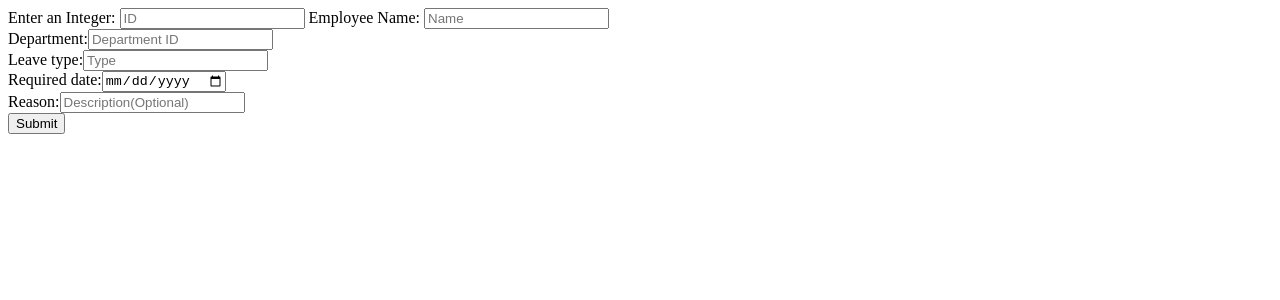
Repository: sakuuLay/StaffManagementSys
Page: http://localhost/test/LeaveRequest.jsp
These files come from the project's save history. The page is drawn as it stood at one moment and after the next save; the edit follows.
The browser window is 1280 px wide. The pictures show the whole page.
The page is served by Tomcat 9.

Above is the page before, as saved 2024-10-20 05:46:27.
Console error: SyntaxError: Unexpected token ')'

After the next save:
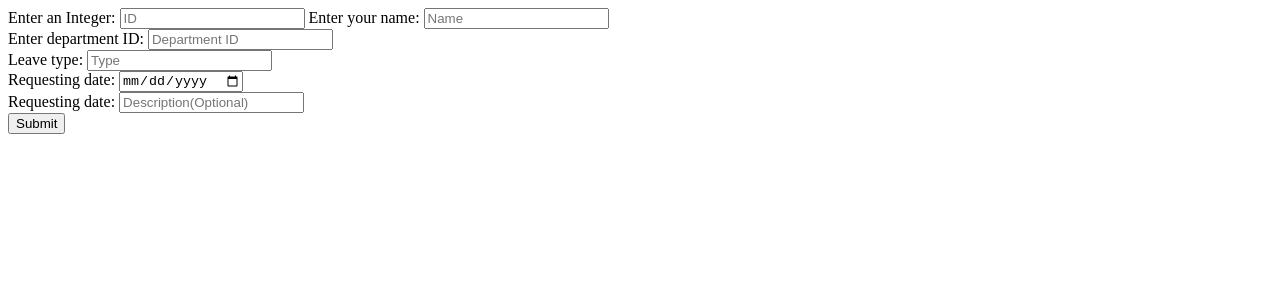
Saved 110 min 25 s later.
--- a/test/src/main/webapp/LeaveRequest.jsp
+++ b/test/src/main/webapp/LeaveRequest.jsp
@@ -9,19 +9,33 @@
 <body>
 	<form action = "#" method = "post">
 
-		<label for="integerInput">Enter an Integer:</label>
-		<input type="text" id="integerInput" name="eid" placeholder="ID" pattern="^-?\d+$" required>
-		<span id="error" style="color: red; display: none;">Please enter a valid integer.</span>
+		<label for="empintID">Enter an Integer:</label>
+		<input type="text" id="empintID" name="eid" placeholder="ID" pattern="^-?\d+$" required>
+		<span id="error" style="color: red; display: none;">Please enter a valid (integer) number.</span>
 
-		Employee Name: <input type="text" name="name" placeholder="Name" required><br>
-		Department:<input type="text" name="did" placeholder="Department ID" required><br>
-		Leave type:<input type="text" name="type" placeholder="Type" required><br>
-		Required date:<input type="date" name="date" required><br>
-		Reason:<input type="text" name="des" placeholder="Description(Optional)"><br>
+		<label for="empname">Enter your name: </label>
+		<input type="text" id="empname" name="name" placeholder="Name" required><br>
+		<span id="error" style="color: red; display: none;">Required field.</span>
+
+		<label for="empdid">Enter department ID: </label>
+		<input type="text" id="empdid" name="did" placeholder="Department ID" required><br>
+		<span id="error" style="color: red; display: none;">Required field.</span>
+
+		<label for="type">Leave type: </label>
+		<input type="text" id="type"  name="type" placeholder="Type" required><br>
+		<span id="error" style="color: red; display: none;">Required field.</span>
+
+		<label for="date">Requesting date: </label>
+		<input type="date" id="date"  name="date" required><br>
+		<span id="error" style="color: red; display: none;">Required field.</span>
+
+		<label for="des">Requesting date: </label>
+		<input type="text" id="des"  name="des" placeholder="Description(Optional)"><br>
+
 		<button type="submit">Submit</button>
 	</form>
 	<script>
-    document.getElementById('integerInput').addEventListener('input', function (event)) {
+    	document.getElementById('empintID').addEventListener('input', function (event)) {
         var input = event.target;
         var errorMessage = document.getElementById('error');
 
